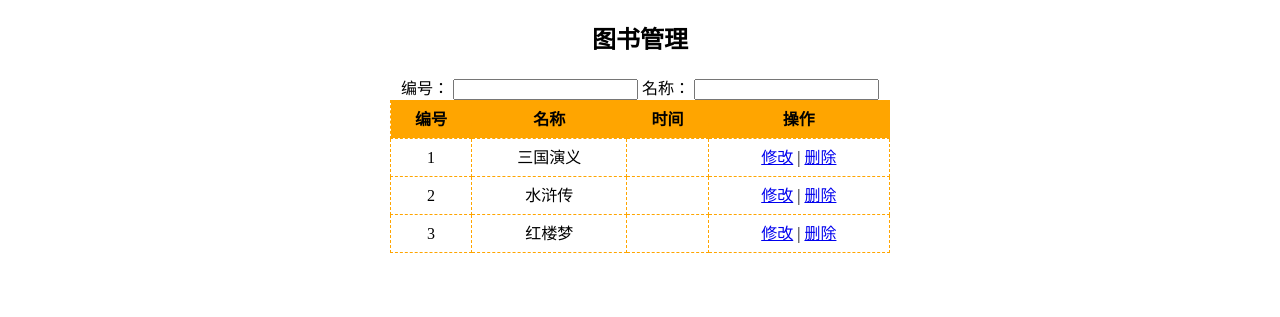
Repository: wjiawei97/FrontEndExercises
Page: 8. book_manegement/index.html
The author's editor kept a copy of each file at every save. The page is drawn from the files as they stood at one save, then again after the next save.
The browser window is 1280 px wide. The pictures show the whole page.

Above is the page before, as saved 2021-08-22 12:22:10.

After the next save:
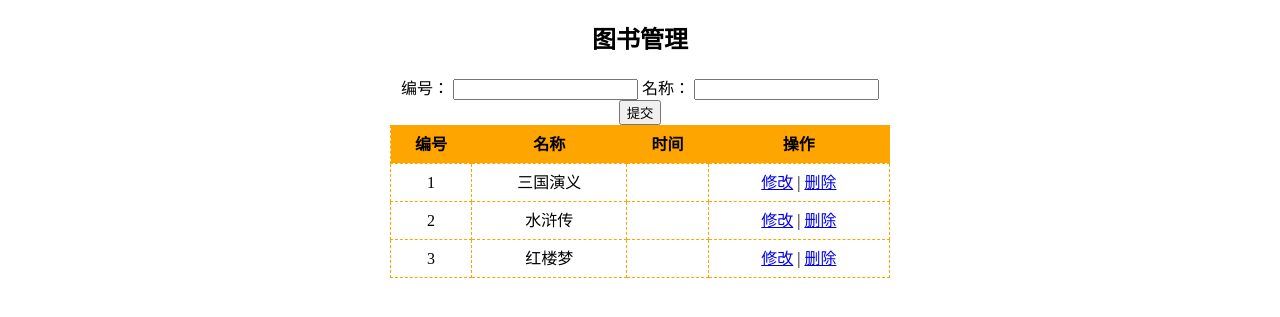
Saved 88 s later.
--- a/8. book_manegement/index.html
+++ b/8. book_manegement/index.html
@@ -35,6 +35,7 @@
                     <input type="text" id="id" v-model='id'>
                     <label for="name">名称：</label>
                     <input type="text" id="name" v-model='name'>
+                    <button @click='submit'>提交</button>
                 </div>
             </div>
             <table>
